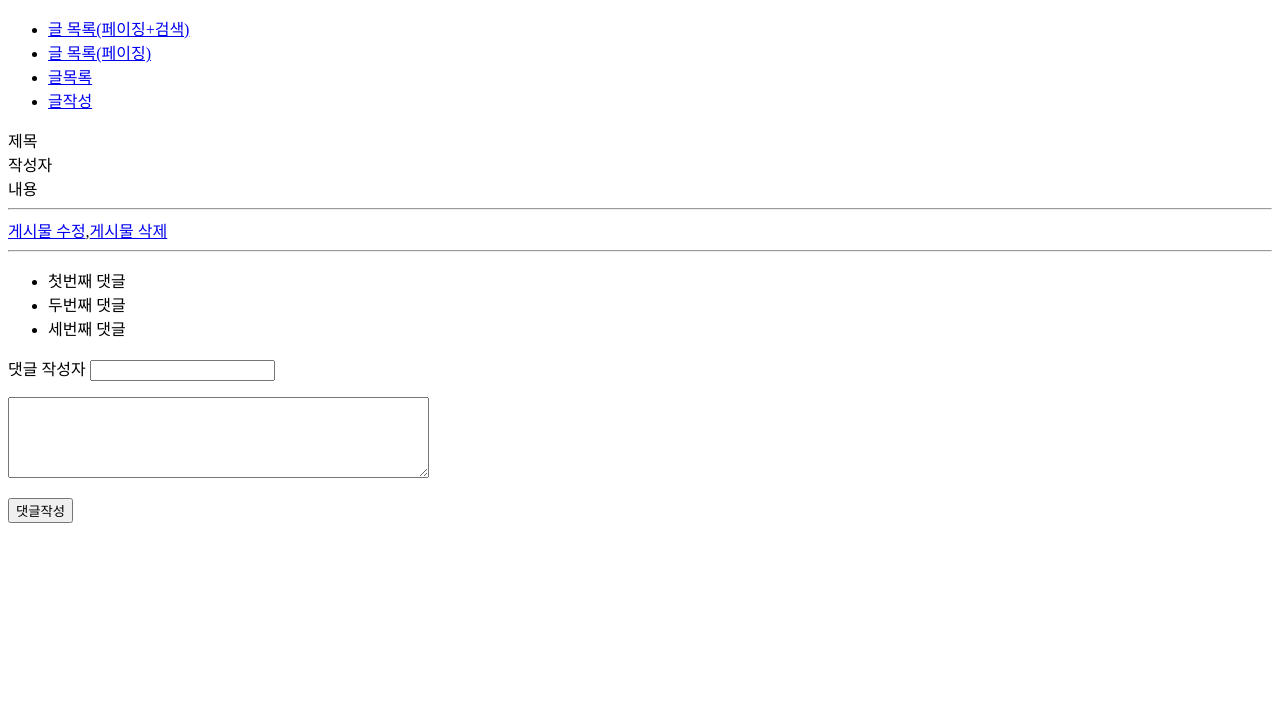
Repository: kwonkk/boardEx
Page: http://localhost/board/WEB-INF/views/reply/view.jsp
An editor plug-in stored every save of this project. The page is shown before and after the next save, followed by the edit.
The browser window is 1280 px wide. The pictures show the whole page.
The page is served by Tomcat 9. Nobody is signed in. Other server files are loaded and not shown. The template is opened directly, without the code that normally fills it, so the values that code supplies are empty.

Above is the page before, as saved 2023-09-12 04:38:27.

### board/src/main/webapp/WEB-INF/views/reply/view.jsp
<%@ page language="java" contentType="text/html; charset=UTF-8"
    pageEncoding="UTF-8"%>
<!DOCTYPE html>
<html>
<head>
<meta charset="UTF-8">
<title>게시물 조회</title>
</head>
<body>

<div id="nav">
<%@ include file="../include/nav.jsp" %>
</div>


<label>제목</label>
${view.title}<br/>

<label>작성자</label>
${view.writer}<br/>

<label>내용</label>
${view.content}<br/>

<hr/>

<div>
<a href="/board/modify?bno=${view.bno}">게시물 수정</a>,<a href="/board/delete?bno=${view.bno}">게시물 삭제</a>
</div>

<!-- 댓글 시작 -->
<hr />

<ul>
<li>첫번째 댓글</li>
<li>두번째 댓글</li>
<li>세번째 댓글</li>
</ul>

<div>
<p>
<label>댓글 작성자</label> <input type="text">
</p>
<p>
<textarea rows ="5" cols = "50"></textarea>
</p>
<p>
<button type = "button">댓글작성</button>
</p>
</div>
<!-- 댓글 끝 -->

</body>
</html>

### board/src/main/webapp/WEB-INF/views/include/nav.jsp
<%@ page language="java" contentType="text/html; charset=UTF-8"
	pageEncoding="UTF-8"%>
<!DOCTYPE html>
<html>
<head>
<meta charset="UTF-8">
<title>Insert title here</title>
</head>
<body>

	<ul>
	<li><a href="/board/listPageSearch?num=1">글 목록(페이징+검색)</a></li>
		<li><a href="/board/listPageSearch?num=1">글 목록(페이징)</a></li>
		<li><a href="/board/list">글목록</a></li>
		<li><a href="/board/write">글작성</a></li>
	</ul>

</body>
</html>

After the next save:
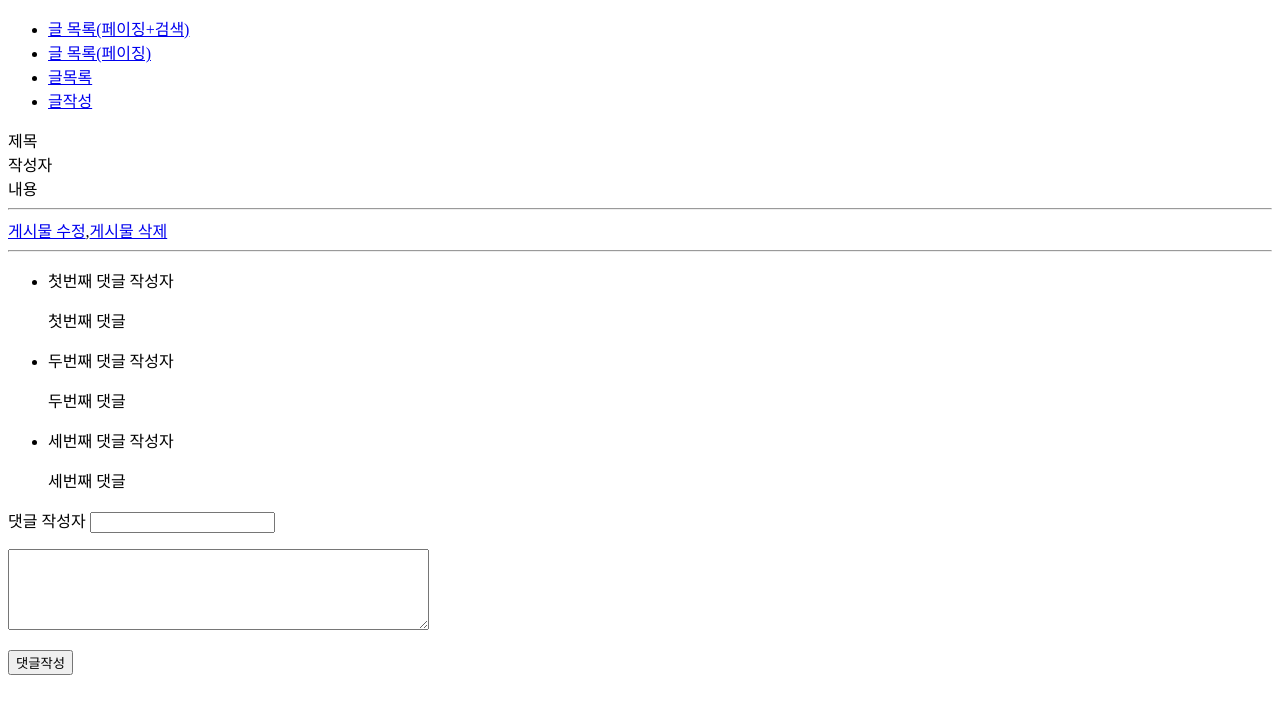
Saved 3 min 48 s later.
--- a/board/src/main/webapp/WEB-INF/views/reply/view.jsp
+++ b/board/src/main/webapp/WEB-INF/views/reply/view.jsp
@@ -32,9 +32,28 @@ ${view.content}<br/>
 <hr />
 
 <ul>
-<li>첫번째 댓글</li>
-<li>두번째 댓글</li>
-<li>세번째 댓글</li>
+
+<li>
+<div>
+<p>첫번째 댓글 작성자</p>
+<p>첫번째 댓글</p>
+</div>
+</li>
+
+<li>
+<div>
+<p>두번째 댓글 작성자</p>
+<p>두번째 댓글</p>
+</div>
+</li>
+
+<li>
+<div>
+<p>세번째 댓글 작성자</p>
+<p>세번째 댓글</p>
+</div>
+</li>
+
 </ul>
 
 <div>
